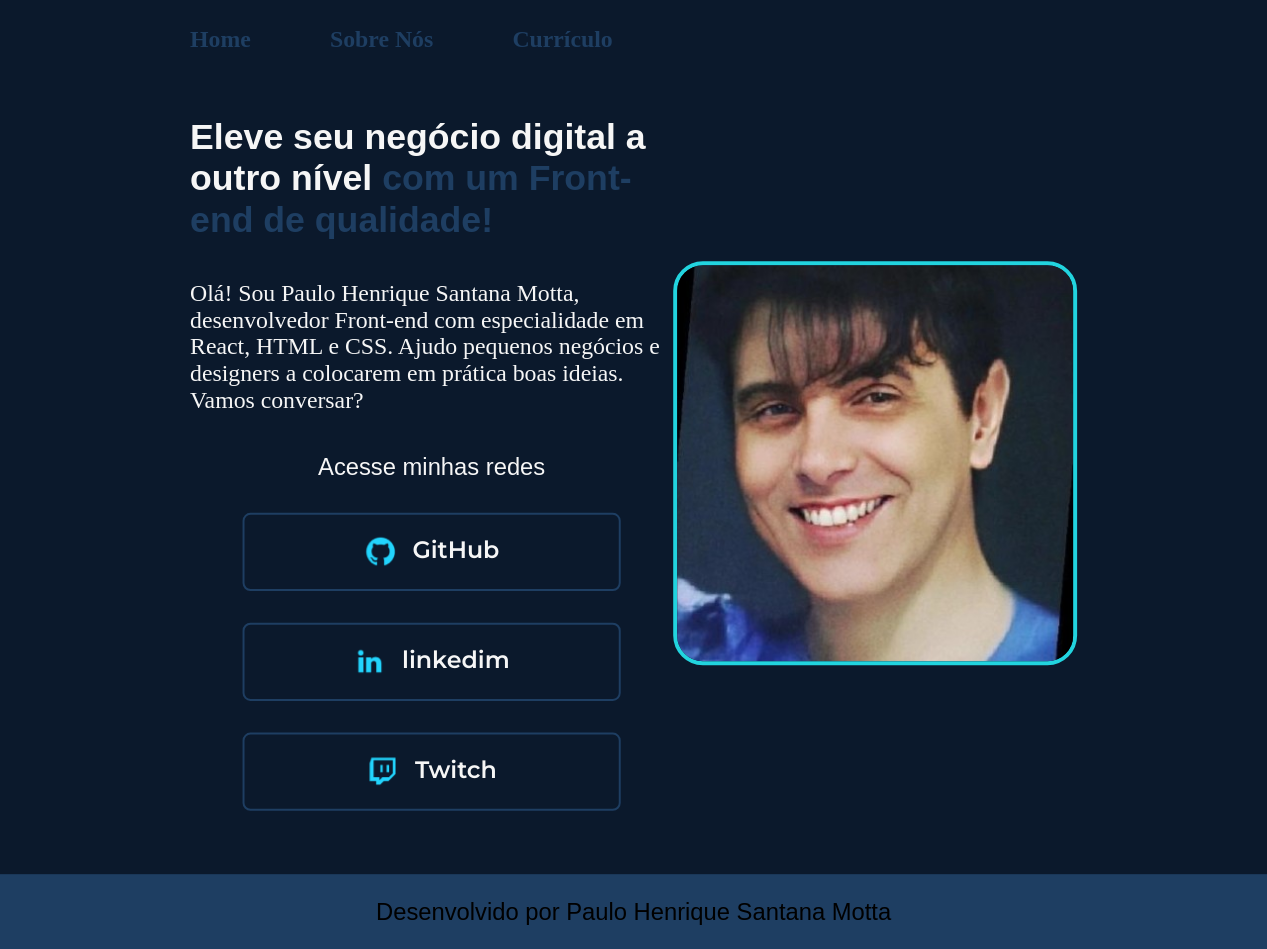
Repository: phsmottanerd/projeto-portfolio-alura
Page: index.html
These files come from the project's save history. The page is drawn as it stood at one moment and after the next save; the edit follows.
The browser window is 1280 px wide. The pictures show the whole page, at 99% of full size.
Some web fonts or font styles are not loaded; a fallback is used.

Above is the page before, as saved 2025-01-28 02:06:25.

### index.html
<!DOCTYPE html>
<html lang="pt-br">
  <head>
    <meta charset="UTF-8" />
    <meta http-equiv="X-UA-Compatible" content="IE=edge" />
    <meta name="viewport" content="width=device-width, initial-scale=1.0" />
    <title>Portifolio</title>
    <link rel="stylesheet" href="./estilos/style.css" />
  </head>

  <body>
    <header class="cabecalho">
      <nav class="cabecalho__menu">
        <a class="cabecalho__menu__link" href="index.html">Home</a>
        <a class="cabecalho__menu__link" href="about.html">Sobre Nós</a>
        <a class="cabecalho__menu__link">Currículo</a>
      </nav>
    </header>
    <main class="apresentacao">
      <section class="apresentacao__conteudo">
        <h1 class="apresentacao__conteudo__titulo">
          Eleve seu negócio digital a outro  nível
          <strong class="titulo-destaque"
            >com um Front-end de qualidade!
          </strong>
        </h1>
        <p class="apresentacao__conteudo__texto">
          Olá! Sou Paulo Henrique Santana Motta, desenvolvedor Front-end com especialidade em
          React, HTML e CSS. Ajudo pequenos negócios e designers a colocarem em
          prática boas ideias. Vamos conversar?
        </p>
        <div class="apresentacao__links">
          <h2 class="apresentacao__links__subtitulo">Acesse minhas redes</h2>
          <a
            class="apresentacao__links__link"
            href="https://github.com/phsmottanerd"
          >
            <img src="./img/github.png" />
            GitHub
          </a>
          <a
            class="apresentacao__links__link"
            href="https://linkedim.com/phsmottanerd"
          >
            <img src="./img/linkedin.png" />
            linkedim
          </a>
          <a class="apresentacao__links__link" href="https://.com/phsmottanerd">
            <img src="./img/twitch.png" />
            Twitch
          </a>
        </div>
      </section>
      <img class="img-foto" src="./img/1722867171561.jpg" alt="Paulo Henrique Santana Motta  programandor" />
    </main>
    <footer class="rodape">
      <p>Desenvolvido por Paulo Henrique Santana Motta</p>
    </footer>
  </body>
</html>

### estilos/style.css
@import url("https://fonts.googleapis.com/css2?family=Krona+One&family=Montserrat:wght@400;600&display=swap");

:root {
  --cor-primaria: #0B192C;
  --cor-secundaria: #f6f6f6;
  --cor-terciaria:#1E3E62;
  --cor-hover: #FF6500;

  --font-primaria: "Krona One", sans-serif;
   --font-secundaria:"Montserrat", sans-serif;


}

* {
  margin: 0;
  padding: 0;
}

body {
  box-sizing: border-box;
  background-color: var(--cor-primaria);
  color: var(--cor-secundaria);
}
.cabecalho {
  padding: 2% 0% 0% 15%;
}
.cabecalho__menu {
  display: flex;
  gap: 80px;
}

.cabecalho__menu__link {
  font-family: var(----font-secundaria);
  font-size: 24px;
  font-weight: 600;
  color: var(--cor-terciaria);
  text-decoration: none;
}

.titulo-destaque {
  color: var(--cor-terciaria);
}

.apresentacao {
  padding: 5% 15%;
  display: flex;
  align-items: center;
  justify-content: space-between;
}
.apresentacao__conteudo {
  width: 615px;
  display: flex;
  flex-direction: column;
  gap: 40px;
}

.apresentacao__conteudo__titulo {
  font-size: 36px;
  font-family: var(--font-primaria);
}

.apresentacao__conteudo__texto {
  font-size: 24px;
  font-family: var(----font-secundaria);
}

.apresentacao__links {
  display: flex;
  flex-direction: column;
  justify-content: space-between;
  align-items: center;
  gap: 32px;
}
.apresentacao__links__subtitulo {
  font-family: "Krona One", sans-serif;
  font-weight: 400;
  font-size: 24px;
}
.apresentacao__links__link {
  /* background-color: #22D4FD; */
  justify-content: center;
  gap: 16px;
  display: flex;
  border: 2px solid var(--cor-terciaria);
  width: 378px;
  text-align: center;
  border-radius: 8px;
  font-size: 24px;
  font-weight: 600;
  padding: 21.5px 0;
  text-decoration: none;
  color: #f6f6f6;
  font-family: "Montserrat", sans-serif;
}
.apresentacao__links__link:hover {
  background-color: var(--cor-hover);
}
.rodape {
  padding: 24px;
  color: #000;
  background-color: var(--cor-terciaria);
  text-align: center;
  font-family: "Montsearrat", sans-serif;
  font-size: 24px;
  font-weight: 400;
}
.img-foto {
  border-radius: 30px;
  border: 4px solid #22d4Df;
  width: 500px;
  heighit: 500px;
}

After the next save:
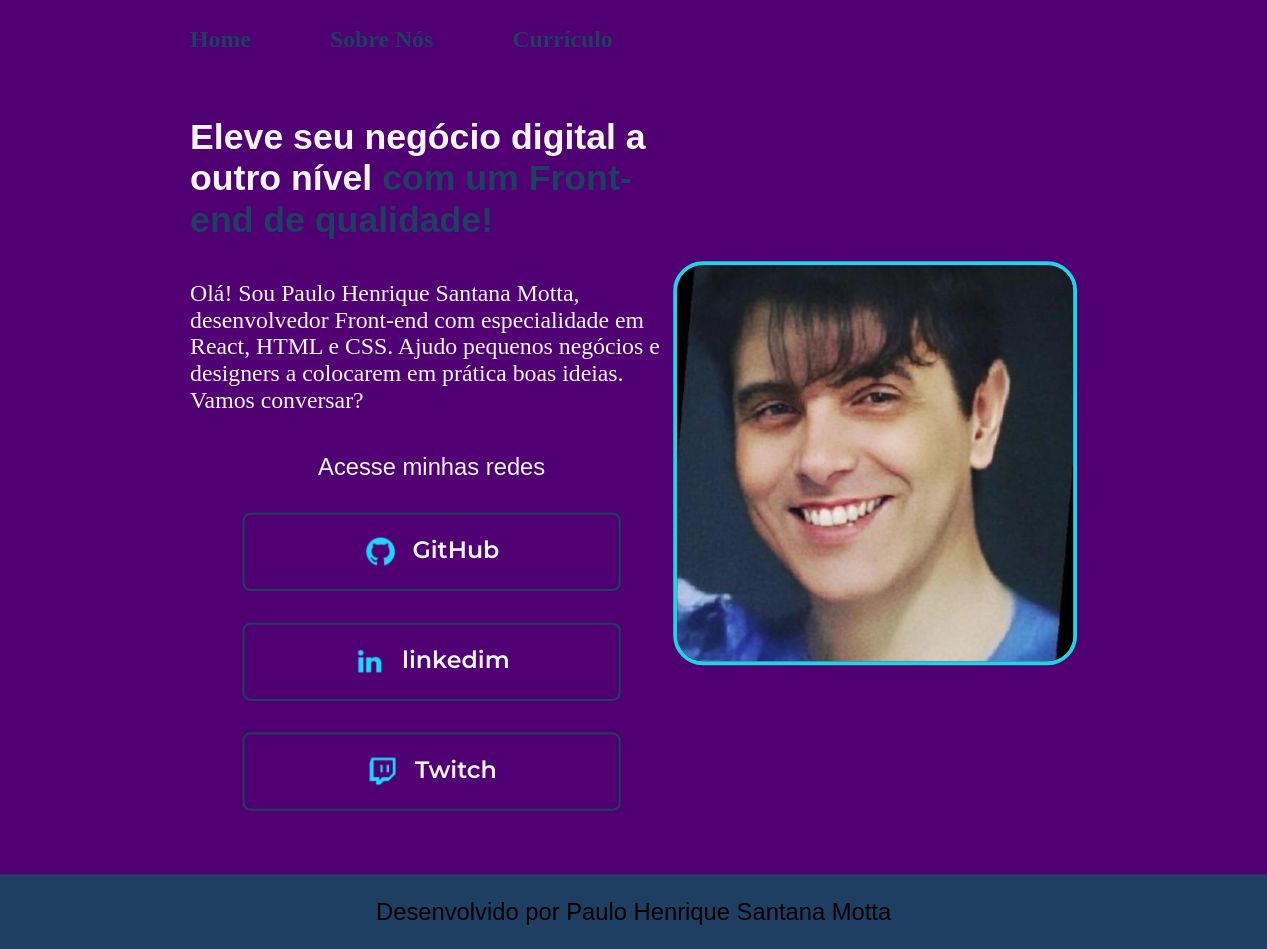
Saved 57 s later.
--- a/estilos/style.css
+++ b/estilos/style.css
@@ -1,7 +1,7 @@
 @import url("https://fonts.googleapis.com/css2?family=Krona+One&family=Montserrat:wght@400;600&display=swap");
 
 :root {
-  --cor-primaria: #0B192C;
+  --cor-primaria: #500073;
   --cor-secundaria: #f6f6f6;
   --cor-terciaria:#1E3E62;
   --cor-hover: #FF6500;
